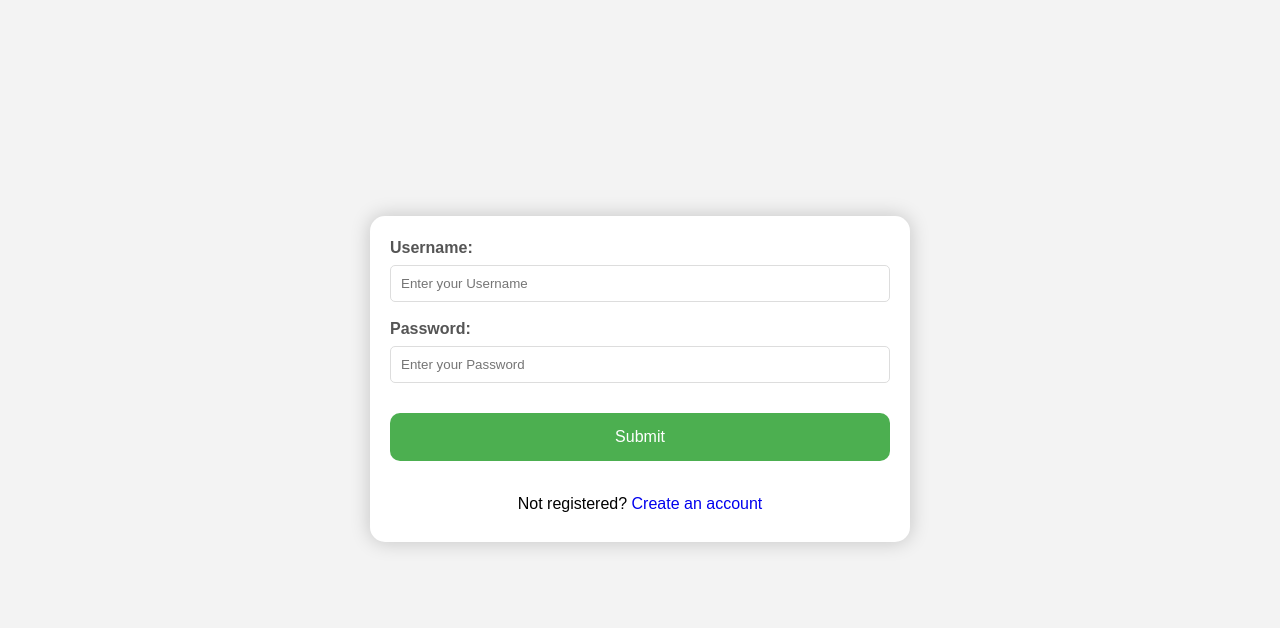
Repository: alizey12/Regestratin-Form-js
Page: signin.html
An editor plug-in stored every save of this project. The page is shown before and after a run of saves, followed by the edit.
The browser window is 1280 px wide. The pictures show the whole page.

Above is the page before, as saved 2024-11-29 13:06:23.

After the next 3 saves:
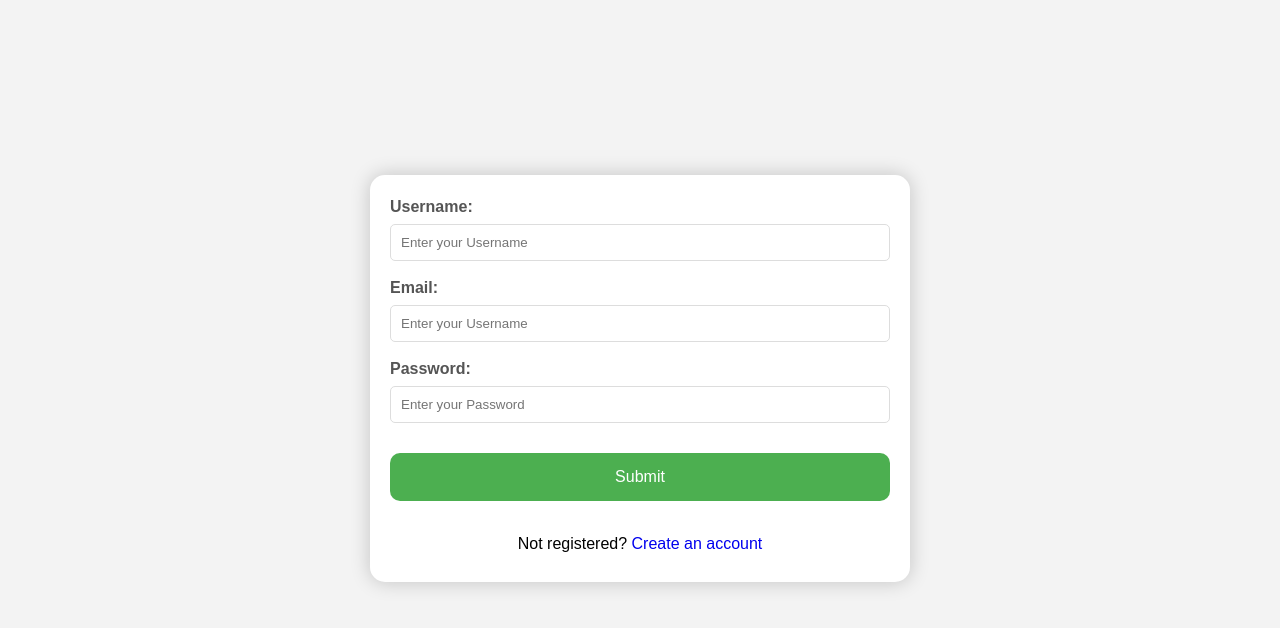
The 3 saves are shown as one change because they came seconds apart.
The last was saved 18 min 15 s later.
--- a/signin.html
+++ b/signin.html
@@ -17,6 +17,12 @@
         </label>
         <input type="text" id="first" name="first"
             placeholder="Enter your Username" required>
+
+            <label for="first">
+                Email:
+            </label>
+            <input type="text" id="first" name="first"
+                placeholder="Enter your Username" required>
 
         <label for="password">
             Password:
